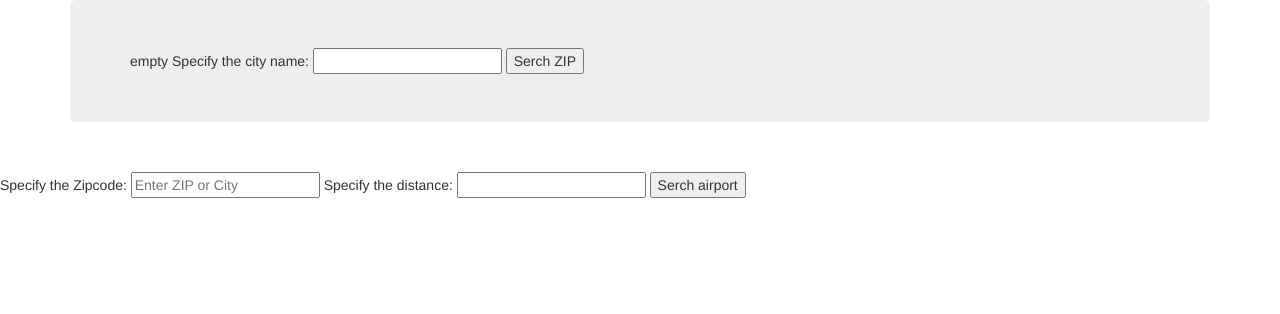
Repository: sjayach/CS320
Page: http://localhost/CS320/AirportDisplay
An editor plug-in stored every save of this project. The page is shown before and after the next save, followed by the edit.
The browser window is 1280 px wide. The pictures show the whole page.
The page is served by Tomcat 9. Queries for data that is not in the repository find no rows.

Above is the page before, as saved 2015-06-14 05:37:27.

After the next save:
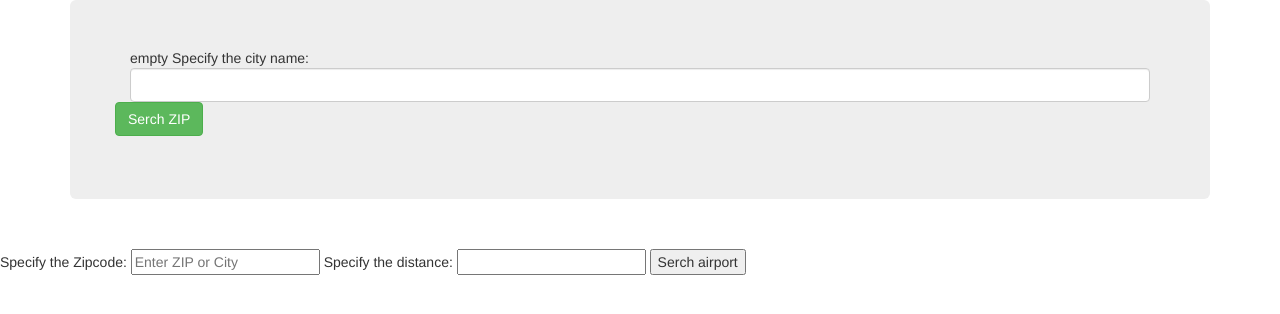
Saved 81 s later.
--- a/CS320/WebContent/WEB-INF/jsp/homework3/Airports.jsp
+++ b/CS320/WebContent/WEB-INF/jsp/homework3/Airports.jsp
@@ -28,8 +28,10 @@
     		</c:forEach>
   		</datalist>
 	Specify the city name:
-	<input type="text" name="city_name" list="cities">
-	<input type="submit" value="Serch ZIP" name="search_zip">
+	<input  class="form-control" type="text" name="city_name" list="cities">
+	<div class="form-group">
+	<input class="btn btn-success" type="submit" value="Serch ZIP" name="search_zip">
+	</div>
 	</form>
 	</div>
 	</div>
